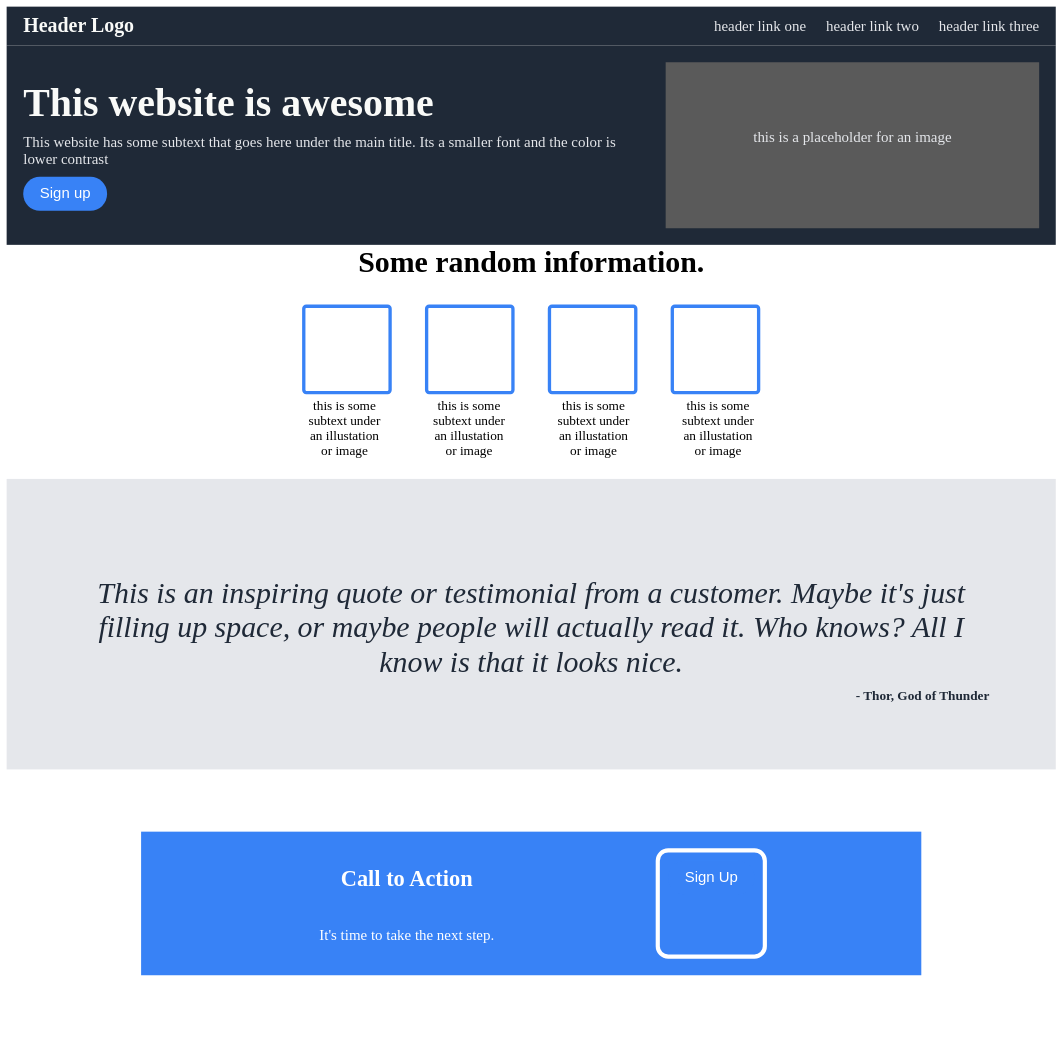
Repository: mnhardy1504/odin-recipes1
Page: flexboxlanding/index.html
These files come from the project's save history. The page is drawn as it stood at one moment and after the next save; the edit follows.
The browser window is 1280 px wide. The pictures show the whole page, at 83% of full size.

Above is the page before, as saved 2023-09-15 14:00:06.

### flexboxlanding/index.html
<!DOCTYPE html>
<html>

<head>
    <meta charset="UTF-8">
    <link rel="stylesheet" href="index.css">
</head>

<body>
    <div class="header">
        <div class="header-logo"><strong>Header Logo</strong></div>
        <div class="header-links">
            <a href="#">header link one</a>
            <a href="#">header link two</a>
            <a href="#">header link three</a>
        </div>
    </div>

    <div class="flexbox-section">
        <div class="flexbox-content">
            <h1>This website is awesome</h1>
            <p class="subtext">This website has some subtext that goes here under the main title. Its a smaller font and
                the color is lower contrast</p>
            <button>Sign up</button>
        </div>
        <div class="image-container">
            <div class="image-placeholder">
                <div class="image-text">this is a placeholder for an image</div>
            </div>
        </div>
    </div>

    <div class="random"><strong>Some random information.</strong></div>

    <div class="square-container">
        <div class="square">
            <div class="square-text">
            </div>
        </div>
        <div class="square">
            <div class="square-text">
            </div>
        </div>
        <div class="square">
            <div class="square-text">
            </div>
        </div>
        <div class="square">
            </div>
        </div>
        <div class="text-container">
            <div class="text-box">this is some subtext under an illustation or image</div>
            <div class="text-box">this is some subtext under an illustation or image</div>
            <div class="text-box">this is some subtext under an illustation or image</div>
            <div class="text-box">this is some subtext under an illustation or image</div>
        </div>
    </div>
    <div class="quote-section">
        <p class="quote-text">
            This is an inspiring quote or testimonial from a customer. Maybe it's just filling up space, or maybe people
            will actually read it. Who knows? All I know is that it looks nice.
        </p>
        <div class="quote-author">
            <strong>- Thor, God of Thunder</strong>
        </div>
    </div>

    <div class="call-to-action-box">
        <div class="call-to-action-content">
            <h2>Call to Action</h2>
            <p>It's time to take the next step.</p>
        </div>
        <div class="call-to-action-button">
            <button>Sign Up</button>
        </div>
    </div>
</body>

</html>

### flexboxlanding/index.css
.header {
    background-color: #1F2937; /* Header background color */
    color: white; /* Text color inside the header */
    display: flex;
    justify-content: space-between; /* Space between logo and links */
    align-items: center;
    padding: 10px 20px; /* Add padding to the header */
}

.header-logo {
    font-size: 24px;
     color: #f9faf8;
     margin-right: 20px;
}

.header-links a {
    text-decoration: none; /* Remove underlines from links */
    font-size: 18px;
    color: #e5e7eb;
    margin-left: 20px; /* Add spacing between links */
}

.header-links a:hover {
    text-decoration: underline;
}

.flexbox-section {
    background-color: #1F2937; /* Background color for the flexbox section */
    color: #f9faf8; /* Text color inside the flexbox section */
    display: flex;
    justify-content: space-between; /* Space between content and image */
    align-items: center;
    padding: 20px; /* Add padding to the flexbox section */
}

.flexbox-content {
    max-width: 60%; /* Adjust the maximum width of the content */
}

h1 {
    font-size: 48px;
    font-weight: bold; /* Extra-bold */
    margin: 0; /* Remove default margin */
}

.subtext {
    font-size: 18px;
    color: #e5e7eb; /* Subtext color */
    margin: 10px 0; /* Add spacing around subtext */
}

.image-container {
    display: flex;
    align-items: center; /* Vertically align content if needed */
}

.image-placeholder {
    width: 450px;
    height: 200px;
    background-color: #5A5A5A;
}

.image-text {
    font-size: 18px;
    color: #e5e7eb;
    text-align: center;
    padding: 80px;
}

.square-container {
    display: flex;
    justify-content:center;
    align-items: center;
    flex-wrap: wrap;
    background-color: white;
    padding: 10px;
}

.square {
    width: 100px;
    height: 100px;
    background-color: white;
    border: 4px solid #3882F6;
    text-align: center;
    display: flex;
    flex-direction: column;
    justify-content: space-between;
    align-items: center;
    color: white;
    margin: 20px;
    border-radius: 5px;
}

.text-container {
    display: flex;
    justify-content: center;
    align-items: center;
    flex-wrap: wrap;
    margin-top: -50px;
}

.text-box {
    width: 100px;
    text-align: center;
    margin: 25px;
}

.random {
    text-align: center;
    justify-content: center;
    font-size: 36px
}

.quote-section {
    background-color: #e5e7eb;
    padding: 80px;
    text-align: center;
}

.quote-text {
    font-size: 36px;
    font-style: italic;
    color: #1F2937;
    margin-bottom: 10px;
}

.quote-author {
    font-style: light italic;
    color: #1F2937;
    text-align: right;
    font-weight: 800;
}

.call-to-action-box {
    display: flex; /* Use flexbox for layout */
    background-color: #3882F6; /* White background for the container */
    padding: 20px;
    width: 900px;
    margin: 75px auto;
}

.call-to-action-content {
    flex-grow: 1; /* Make this div expand to fill the available space */
    display: flex; /* Use flexbox within the container */
    flex-direction: column; /* Stack items vertically */
    align-items: center; /* Center items horizontally */
    justify-content: center; /* Center items vertically */
    max-width: 600px;
    font-size: 18px;
    color: white;
}

/* Style the rectangular blue box */
.call-to-action-button {
    background-color: #3882F6; /* Blue background for the button */
    color: white;
    padding: 10px;
    border: 5px solid white; /* Set border style and color */
    border-radius: 15px;
    font-size: 18px;
    cursor: pointer;
}

.call-to-action-button-test {
    background-color: #3882F6; /* Blue background for the button */
    color: white;
    padding: 5px 20px; /* Adjust top/bottom and left/right padding */
    border: 5px solid white; /* Set border style and color */
    border-radius: 15px;
    font-size: 18px;
    cursor: pointer;
    height: 40px;
}

/* Add hover effect to the button */
.call-to-action-content button:hover {
    background-color: #1F5CFF; /* Darker blue on hover */
}

button {
    background-color: #3882F6;
    color: white;
    padding: 10px 20px;
    border: white;
    border-radius: 20px;
    font-size: 18px;
    cursor: pointer;
    align-items: right;
    text-align: right;
}

button:hover {
    background-color: #3882F6
}

After the next save:
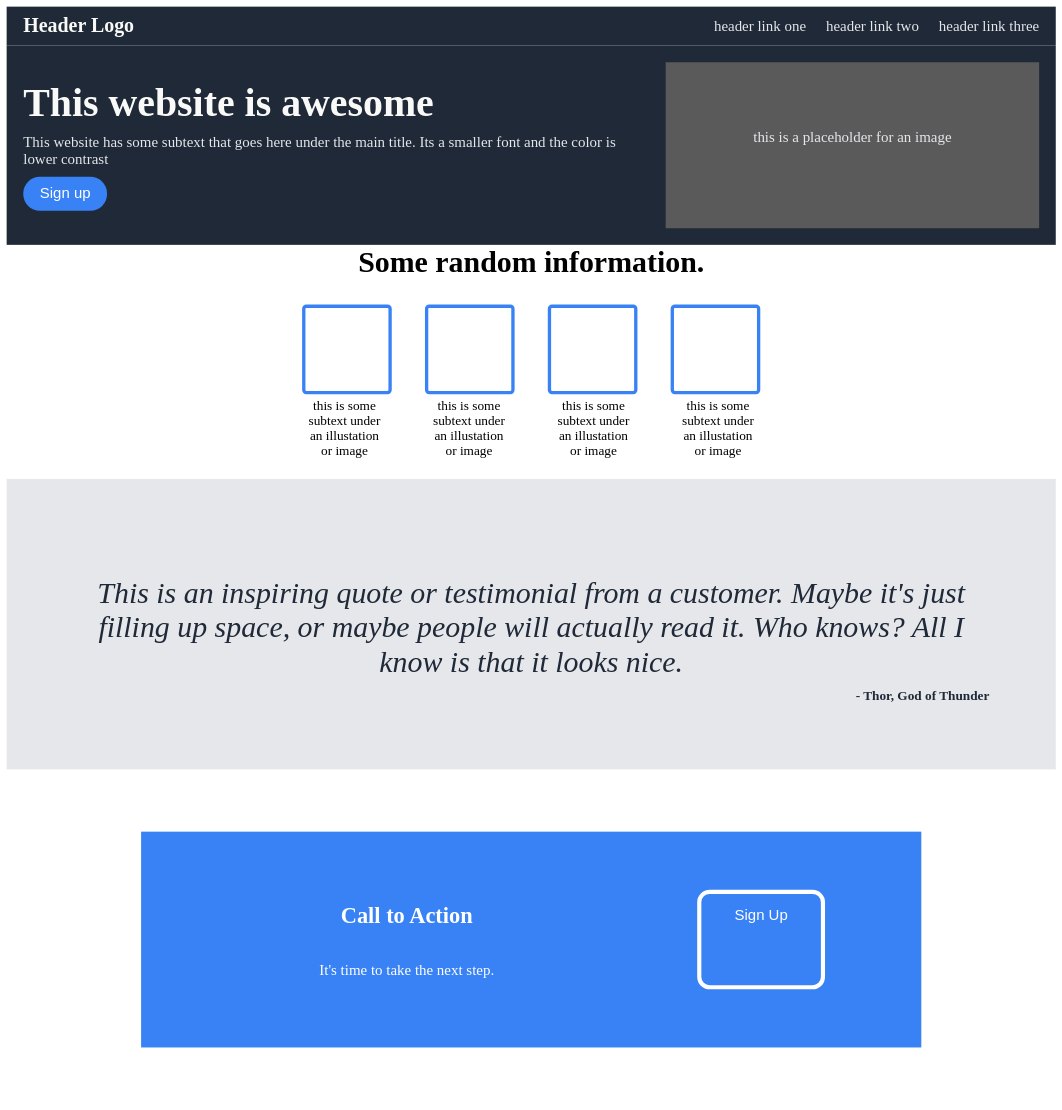
Saved 7 s later.
--- a/flexboxlanding/index.css
+++ b/flexboxlanding/index.css
@@ -150,18 +150,7 @@ h1 {
     color: white;
 }
 
-/* Style the rectangular blue box */
 .call-to-action-button {
-    background-color: #3882F6; /* Blue background for the button */
-    color: white;
-    padding: 10px;
-    border: 5px solid white; /* Set border style and color */
-    border-radius: 15px;
-    font-size: 18px;
-    cursor: pointer;
-}
-
-.call-to-action-button-test {
     background-color: #3882F6; /* Blue background for the button */
     color: white;
     padding: 5px 20px; /* Adjust top/bottom and left/right padding */
@@ -169,7 +158,9 @@ h1 {
     border-radius: 15px;
     font-size: 18px;
     cursor: pointer;
-    height: 40px;
+    height: 100px;
+    margin:50px;
+    m
 }
 
 /* Add hover effect to the button */
